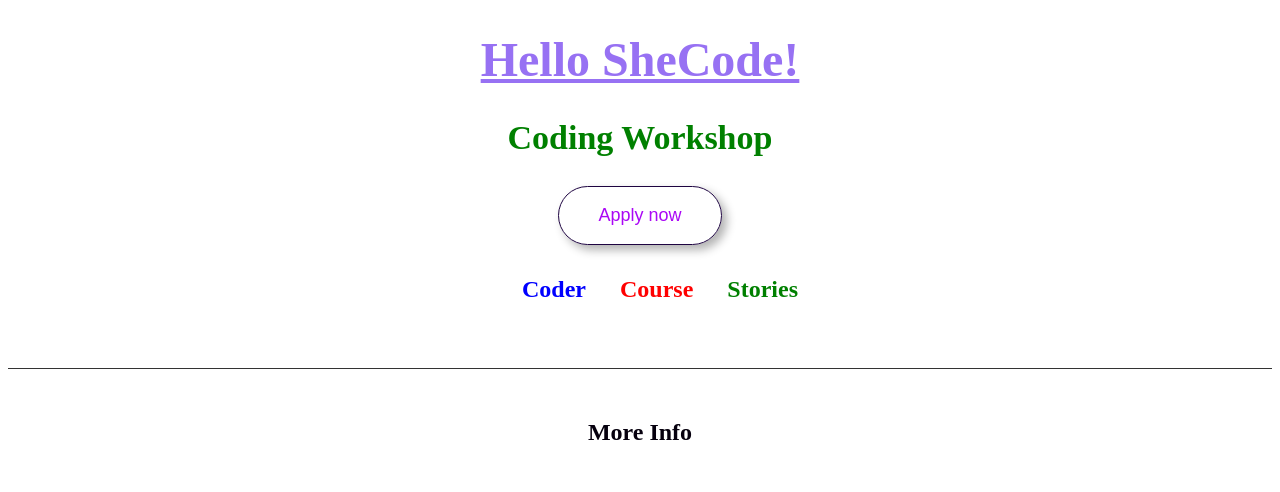
Repository: VickyJacob23/SheCode
Page: firstCode/index.html
An editor plug-in stored every save of this project. The page is shown before and after the next save, followed by the edit.
The browser window is 1280 px wide. The pictures show the part of the page from y = 0 to 492 px (the page is 912 px tall before and 916 px after).
Pictures or frames that could not be fetched are drawn as grey boxes.

Above is the page before, as saved 2024-08-26 20:21:29.
Not found: firstCode/style.css

### firstCode/index.html
<!DOCTYPE html>
<html lang="en">
<head>
    <meta charset="UTF-8">
    <meta name="viewport" content="width=device-width, initial-scale=1.0">
    <link rel="stylesheet" href="style.css">
    <title>Week 1</title>
    <style>
        h1 {
        color: #9771F3;
        font-size: 48px;
        font-family: 'Times New Roman', Times, serif;
        font-weight: 200;
        text-decoration: underline;
        text-align: center;
        }
         .subheading{
            color:green;
            text-align: center;
            font-size: 34px;
        }
        .blue a{
            color: blue;
        }
        .red a{
            color: red;
        }
        .green a{
            color: green;
        }

        .subtitle{
            color: #06000e;
            font-size: 24px;
            font-weight: bold;
            text-align: center;
        }
        img{
            display: block;
            margin: 0 auto;
        }
        .btn{
            border: 1px solid #1e0441;
            padding:1em;
            width: 13%;
            margin: 0 auto;
            display: block;
            font-size: 18px;
            font-weight: 500;
            color:#aa08f5;
            text-align: center;
            border-radius: 40px;
            box-shadow:5px 5px 10px rgba(0, 0, 0, 0.3);
            background:transparent;
            transition: all 0.3s ease-in-out;
        }
        .btn:hover{
            background-color: #aa08f5;
            color: white;
            cursor: pointer;
        }
        ul{
            list-style: none;
            display: block;
            text-align: center;
        }
        li{
            padding: 15px;
            display: inline-block;
            font-size: 24px;
            font-weight: 600;
            margin: 0 auto;
        }
        li a{
                text-decoration: none;
        }
        li a:hover{
            text-decoration: underline;
        }
        hr{
            border: 0;
            height: 1px;
            background-color: #333;
            margin: 50px 0;
            display: block;
        }
    </style>
</head>
<body>
   <h1> <strong>Hello SheCode!</strong> </h1>
   <h2 class="subheading"><strong>Coding Workshop</strong></h2>
   <button class ="btn">Apply now</button>
   <ul>
   <li class ="blue"><a href ="https://www.shecodes.io/students">Coder</a></li>
   <li class="red"><a href ="https://www.shecodes.io/workshops">Course </a></li>
   <li class="green"><a href="https://www.shecodes.io/stories ">Stories</a></li>
   </ul>
   <hr>
   <h2 class="subtitle"><strong>More Info </strong><h2><br>
   <img src ="https://encrypted-tbn0.gstatic.com/images?q=tbn:ANd9GcTrV5A29ha7q8O2hQS1jDZrfVgzSeF8vFF2UA&s" alt="A woman coding" width="400" height="400">
</body>
</html>

After the next save:
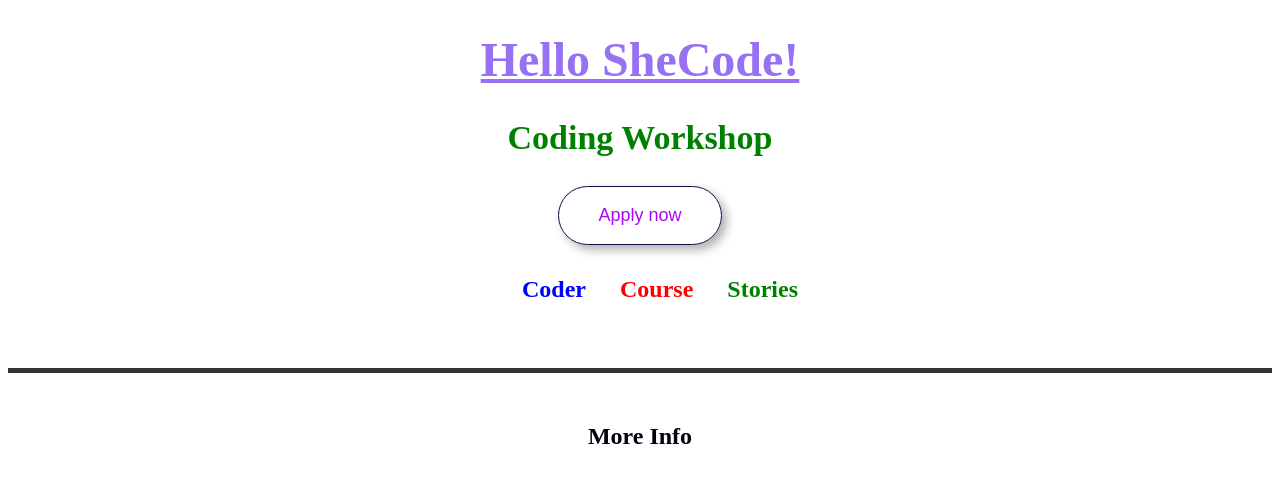
Saved 14 s later.
--- a/firstCode/index.html
+++ b/firstCode/index.html
@@ -79,7 +79,7 @@
         }
         hr{
             border: 0;
-            height: 1px;
+            height: 5px;
             background-color: #333;
             margin: 50px 0;
             display: block;
